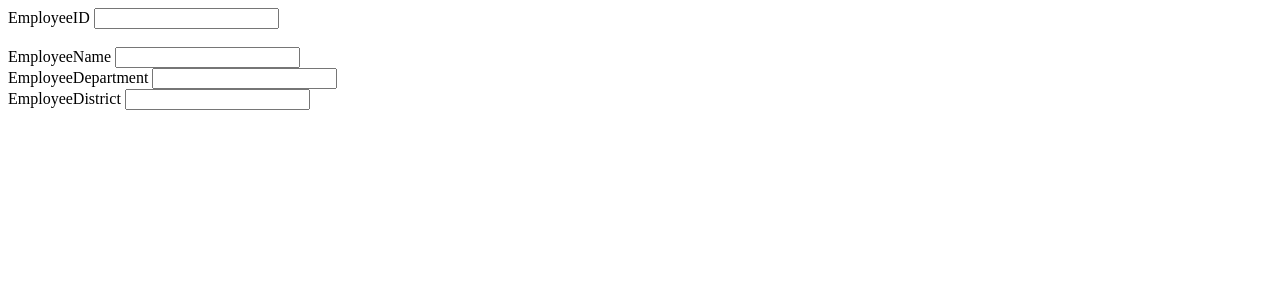
Repository: tamilnila96/Servlet
Page: http://localhost/EmployeeDetails/Employee.jsp
An editor plug-in stored every save of this project. The page is shown before and after the next save, followed by the edit.
The browser window is 1280 px wide. The pictures show the whole page.
The page is served by Tomcat 9.

Above is the page before, as saved 2025-05-12 09:24:02.

After the next save:
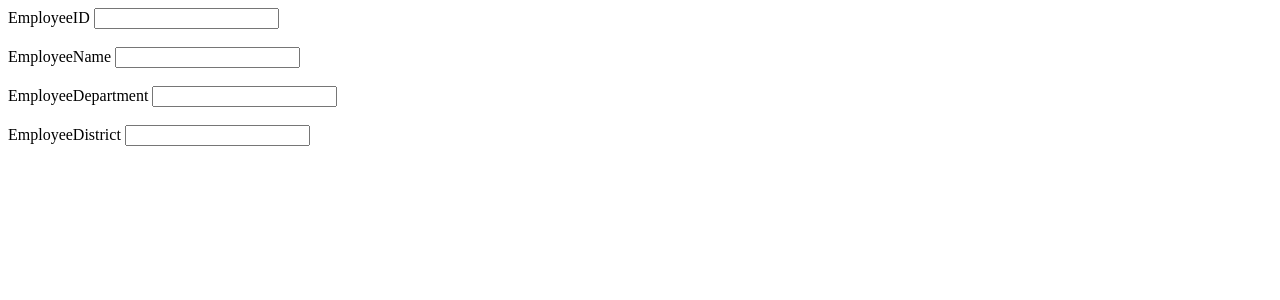
Saved 22 s later.
--- a/EmployeeDetails/WebContent/Employee.jsp
+++ b/EmployeeDetails/WebContent/Employee.jsp
@@ -15,15 +15,15 @@
 <div>
 <label>EmployeeName</label>
 <input type ="text" id = "EmployeeName" name = "EmployeeName"></br>
-</div>
+</div></br>
 <div>
 <label>EmployeeDepartment</label>
 <input type ="text" id = "EmployeeDepartment" name = "EmployeeDepartment"></br>
-</div>
+</div></br>
 <div>
 <label>EmployeeDistrict</label>
 <input type ="text" id = "EmployeeDistrict" name = "EmployeeDistrict"></br>
-</div>
+</div></br>
 
 
 </form>
